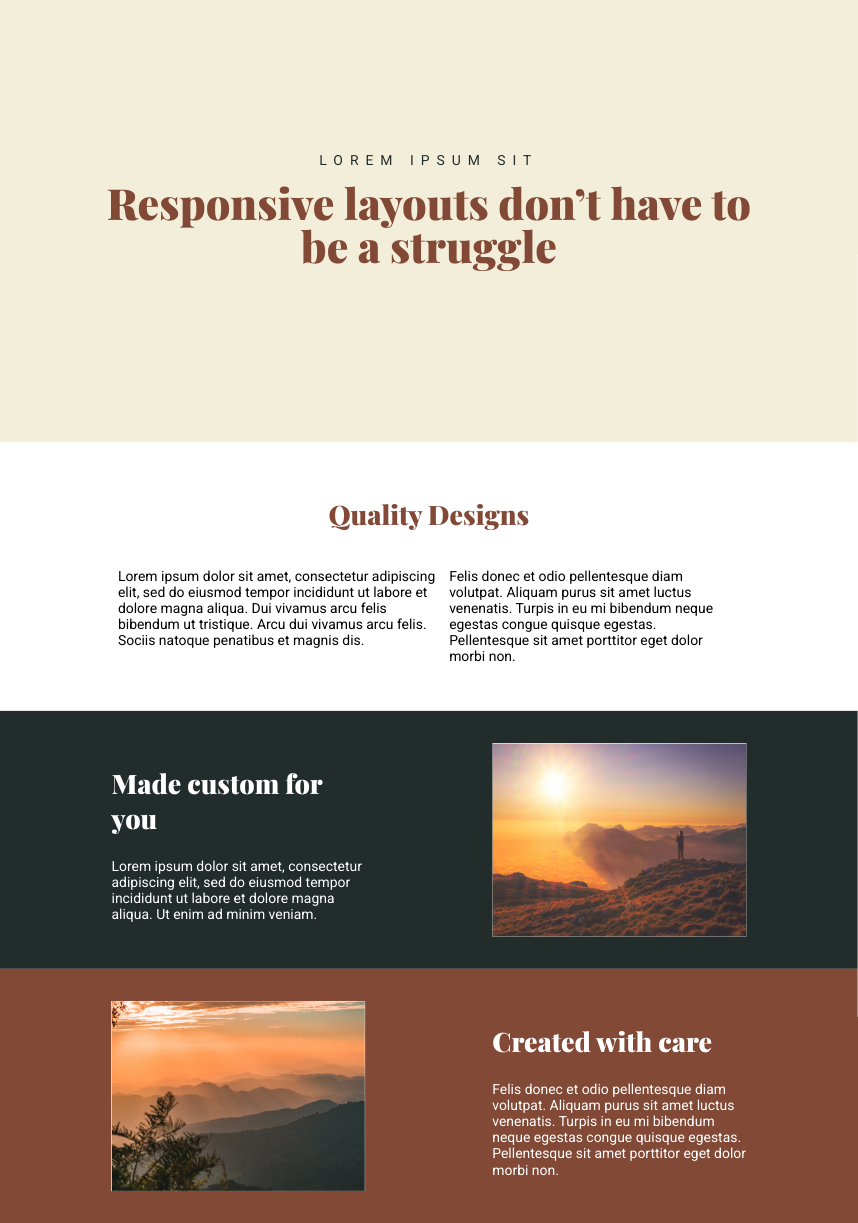
Repository: GregG21/Kevin-Powell-21-day-challange
Page: Day 12/index.html
An editor plug-in stored every save of this project. The page is shown before and after the next save, followed by the edit.
The browser window is 1280 px wide. The pictures show the whole page, at 67% of full size.
The style sheet was rebuilt from its Sass, Less or Tailwind sources for each picture, by a compiler version that may differ from the author's.

Above is the page before, as saved 2020-09-12 08:53:41.

### Day 12/index.html
<!DOCTYPE html>
<html lang="en">
  <head>
    <meta charset="UTF-8" />
    <meta name="viewport" content="width=device-width, initial-scale=1.0" />
    <title>Responsive layout</title>
    <link
      href="https://fonts.googleapis.com/css2?family=Playfair+Display:wght@900&family=Roboto:wght@300;400&display=swap"
      rel="stylesheet"
    />
    <link rel="stylesheet" href="/css/style.css" />
  </head>
  <body>
    <section class="hero">
      <div class="container display-flex">
        <div class="hero__text">
          <p>lorem ipsum sit</p>
          <h1>Responsive layouts don’t have to be a struggle</h1>
        </div>
      </div>
    </section>

    <main>
      <section class="container section__one">
        <h2 class="section__title display-flex">Quality Designs</h2>
        <div class="display-flex">
          <p>
            Lorem ipsum dolor sit amet, consectetur adipiscing elit, sed do
            eiusmod tempor incididunt ut labore et dolore magna aliqua. Dui
            vivamus arcu felis bibendum ut tristique. Arcu dui vivamus arcu
            felis. Sociis natoque penatibus et magnis dis.
          </p>
          <p>
            Felis donec et odio pellentesque diam volutpat. Aliquam purus sit
            amet luctus venenatis. Turpis in eu mi bibendum neque egestas congue
            quisque egestas. Pellentesque sit amet porttitor eget dolor morbi
            non.
          </p>
        </div>
      </section>

      <section class="section__two">
        <div class="container display-flex">
          <div class="section__text section__two--text">
            <h2>Made custom for you</h2>
            <p>
              Lorem ipsum dolor sit amet, consectetur adipiscing elit, sed do
              eiusmod tempor incididunt ut labore et dolore magna aliqua. Ut
              enim ad minim veniam.
            </p>

          </div>
        <img class="section__img" src="/image-01.jpg" alt="sunset" />

        </div>
      </section>

      <section class="section__three ">
        <div class="container display-flex">
        <img class="section__img"  src="/image-02.jpg" loading="lazy" alt="sunset and fog" />

          <div class="section__text section__three--text">
          <h2>Created with care</h2>
          <p>
          Felis donec et odio pellentesque diam volutpat. Aliquam purus sit
          amet luctus venenatis. Turpis in eu mi bibendum neque egestas congue
          quisque egestas. Pellentesque sit amet porttitor eget dolor morbi
          non.
          </p>
        </div>

        </div>
      </section>
    </main>
  </body>
</html>

### Day 12/style.scss
// font-family: 'Playfair Display', serif;

// font-family: 'Roboto', sans-serif;
$brown-color: #824936;
$black-color: #222C2A;
$baige-color: #F3EED9;


*, *::before, *::after {
    box-sizing: border-box;
}

body {
    margin: 0;
    padding: 0;
    font-family: 'Roboto', sans-serif;
}
img {
    max-width: 100%;
    border: 0;
}

h1 {
    font-size: 4rem;
    font-family: 'Playfair Display', serif;
    font-weight: 900;
}
h2 {
    font-size: 2.5rem;
    font-family: 'Playfair Display', serif;
    font-weight: 900;
}
p {
    font-size: 1.3rem;
    font-family: 'Roboto', sans-serif;
    font-weight: 400;
}





.container {
    width: 80%;
    max-width: 1128px;
    margin: 0 auto;
}

.display-flex {
    display: flex;
    justify-content: space-between;
}

.hero {
    background-color: $baige-color;
    color: $brown-color;
    display: flex;
    justify-content: center;
    align-items: center;
    min-height: 660px;

}
.hero__text {
    display: flex;
    flex-direction: column;
    text-align: center;
    line-height: 1;

    h1 {
        margin-top: 0;
    }
    p {
        text-transform: uppercase;
        letter-spacing: .5em;
        color: $black-color;
    }
}

.section__title {
    color: $brown-color;
    justify-content: center;
}
.section__one {
    padding: 3rem;
}
.section__two {
    padding: 3rem;
    background-color: $black-color;
    color: white;
}
.section__three {
    padding: 3rem;
    background-color: $brown-color;
    color: white;

}
.section__img {
    width: 40%;
}

.section__text {
    width: 40%;
}

After the next save:
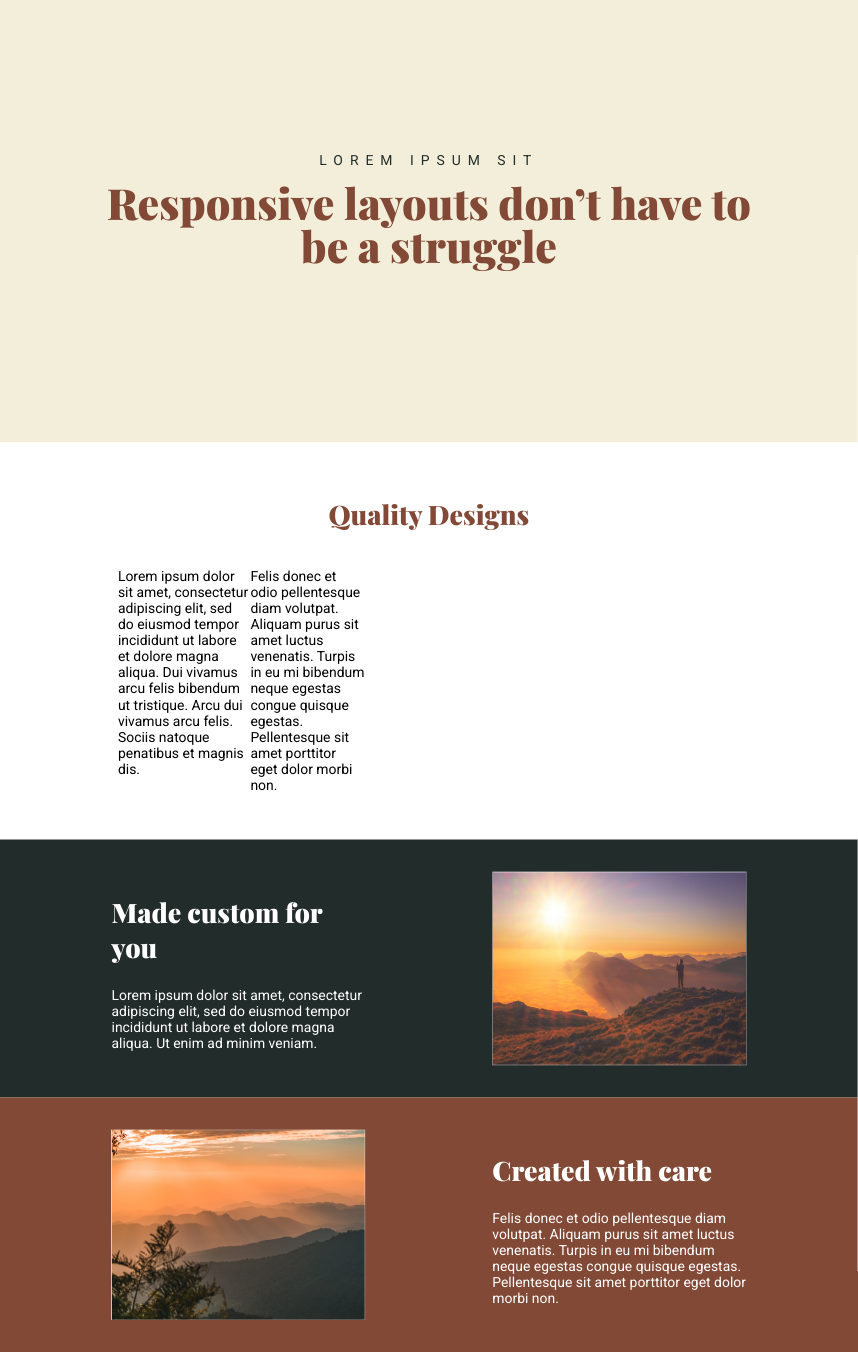
Saved 18 s later.
--- a/Day 12/index.html
+++ b/Day 12/index.html
@@ -23,7 +23,7 @@
     <main>
       <section class="container section__one">
         <h2 class="section__title display-flex">Quality Designs</h2>
-        <div class="display-flex">
+        <div class="section__text display-flex">
           <p>
             Lorem ipsum dolor sit amet, consectetur adipiscing elit, sed do
             eiusmod tempor incididunt ut labore et dolore magna aliqua. Dui

After the save that followed:
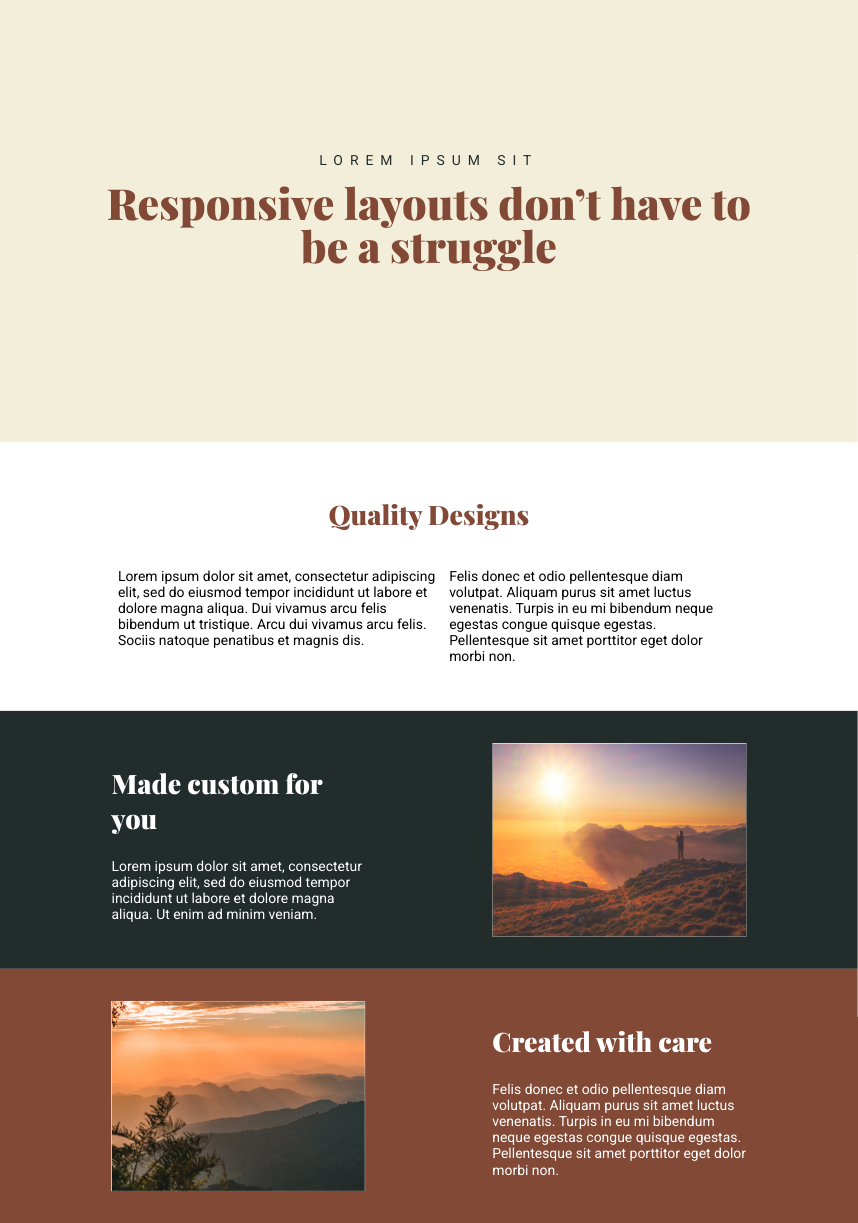
Saved 5 s later.
--- a/Day 12/index.html
+++ b/Day 12/index.html
@@ -23,7 +23,7 @@
     <main>
       <section class="container section__one">
         <h2 class="section__title display-flex">Quality Designs</h2>
-        <div class="section__text display-flex">
+        <div class="display-flex">
           <p>
             Lorem ipsum dolor sit amet, consectetur adipiscing elit, sed do
             eiusmod tempor incididunt ut labore et dolore magna aliqua. Dui
